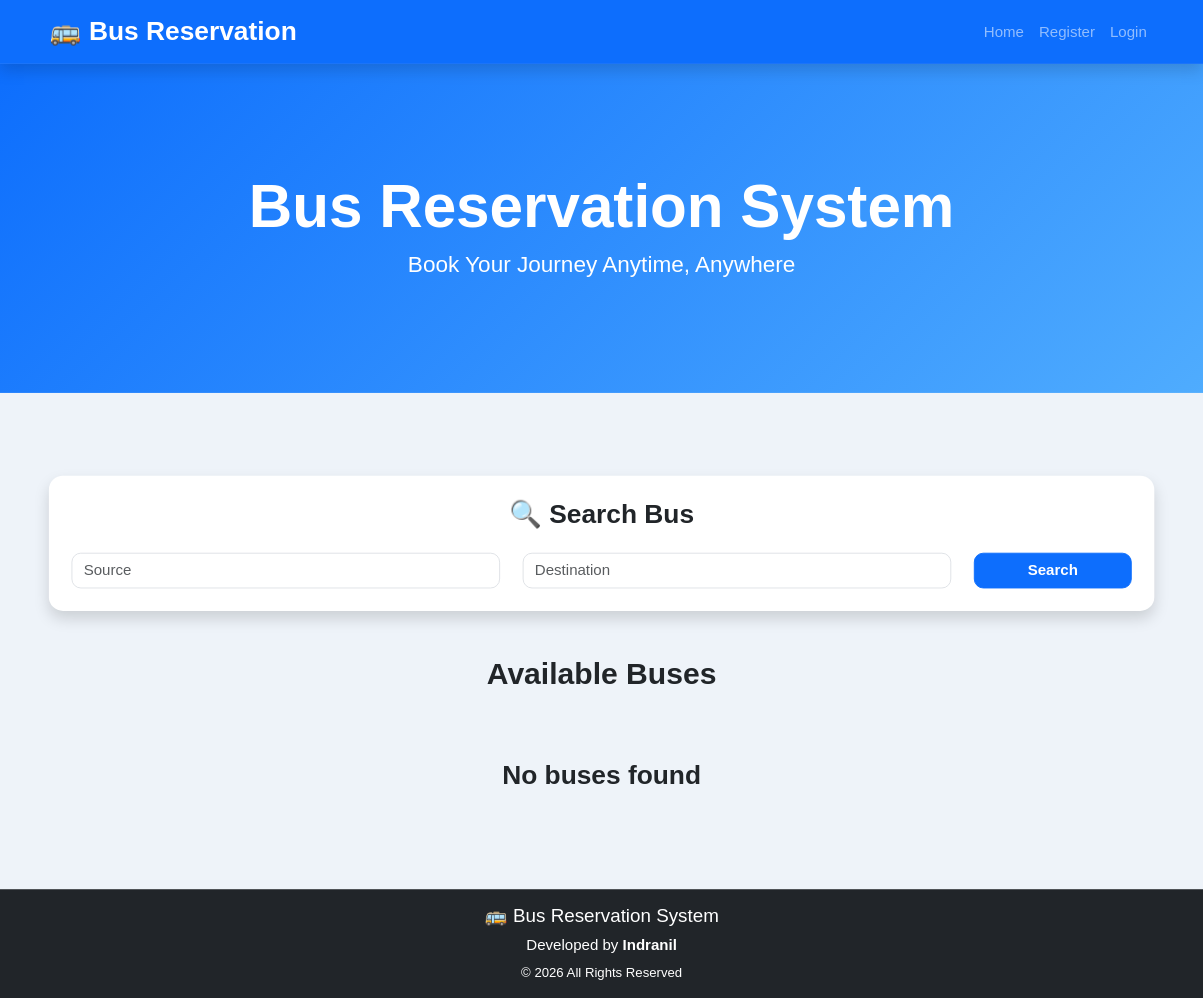
Repository: Eswarabhinay06/Bus-Reservation-System
Page: / (app in AIML-09-Bus-Reservation-System-main/bus-reservation-frontend/)
These files come from the project's save history. The page is drawn as it stood at one moment and after the next save; the edit follows.
The browser window is 1280 px wide. The pictures show the whole page, at 94% of full size.
The page's requests for data from a server got no answer. The project was rebuilt for these pictures with package versions that can differ from the ones it lists, and the page was loaded fresh each time. No one was signed in, and anything a server would have sent is missing. Also part of the build but not shown: AIML-09-Bus-Reservation-System-main/bus-reservation-frontend/vite.config.js, AIML-09-Bus-Reservation-System-main/bus-reservation-frontend/src/components/SeatSelection.jsx, AIML-09-Bus-Reservation-System-main/bus-reservation-frontend/src/pages/Register.jsx, AIML-09-Bus-Reservation-System-main/bus-reservation-frontend/src/pages/Login.jsx, AIML-09-Bus-Reservation-System-main/bus-reservation-frontend/src/pages/MyBookings.jsx, AIML-09-Bus-Reservation-System-main/bus-reservation-frontend/src/pages/AddBus.jsx.

Above is the page before, as saved 2026-07-14 10:10:44.

After the next save:
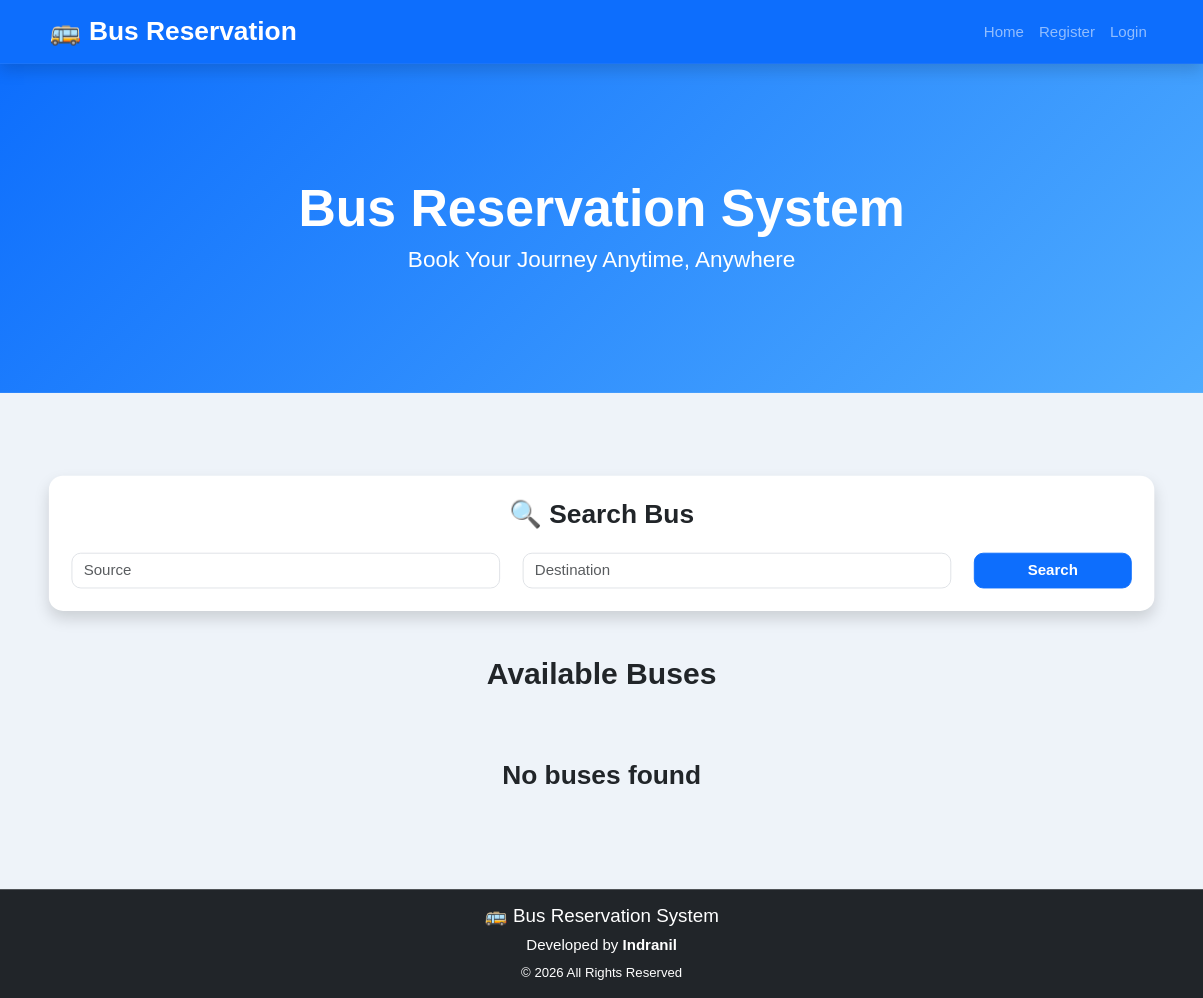
Saved 28 s later.
--- a/AIML-09-Bus-Reservation-System-main/bus-reservation-frontend/src/components/Hero.jsx
+++ b/AIML-09-Bus-Reservation-System-main/bus-reservation-frontend/src/components/Hero.jsx
@@ -1,3 +1,4 @@
+import "../styles/Hero.css";
 function Hero() {
   return (
     <div
